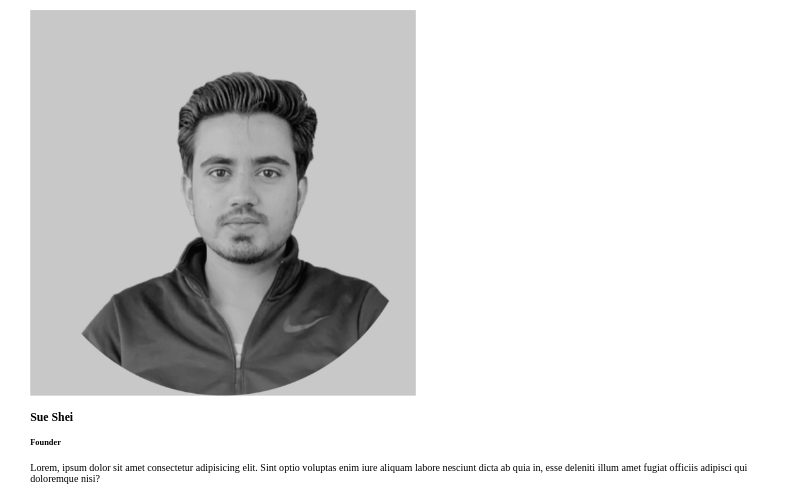
Repository: inzamamahmad3/30-Days-Of-CSS
Page: Day-1/index.html
The author's editor kept a copy of each file at every save. The page is drawn from the files as they stood at one save, then again after the next save.
The browser window is 1280 px wide. The pictures show the whole page, at 63% of full size.
Some icons come from a web library that is not loaded, so they are not drawn.

Above is the page before, as saved 2023-01-03 20:09:56.

After the next save:
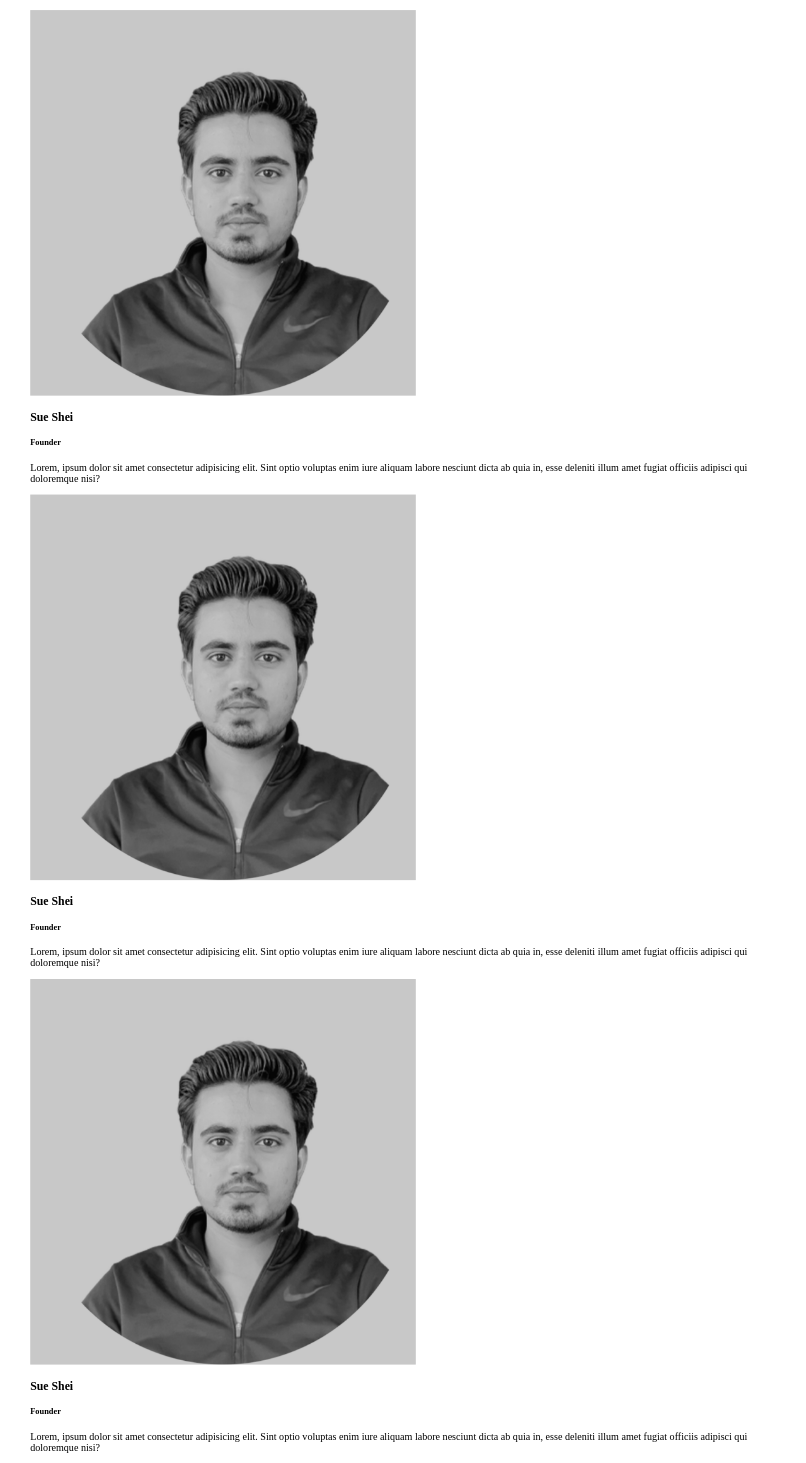
Saved 77 s later.
--- a/Day-1/index.html
+++ b/Day-1/index.html
@@ -27,5 +27,43 @@
         </div>
       </figcaption>
     </figure>
+    <figure class="card">
+      <div class="profile-image">
+        <img src="profile.png" alt="" />
+      </div>
+      <figcaption>
+        <h3>Sue Shei</h3>
+        <h5>Founder</h5>
+        <p>
+          Lorem, ipsum dolor sit amet consectetur adipisicing elit. Sint optio
+          voluptas enim iure aliquam labore nesciunt dicta ab quia in, esse
+          deleniti illum amet fugiat officiis adipisci qui doloremque nisi?
+        </p>
+        <div class="icons">
+          <a href="#"><i class="ion-social-reddit"></i></a>
+          <a href="#"><i class="ion-social-twitter"></i></a>
+          <a href="#"><i class="ion-social-vimeo"></i></a>
+        </div>
+      </figcaption>
+    </figure>
+    <figure class="card">
+      <div class="profile-image">
+        <img src="profile.png" alt="" />
+      </div>
+      <figcaption>
+        <h3>Sue Shei</h3>
+        <h5>Founder</h5>
+        <p>
+          Lorem, ipsum dolor sit amet consectetur adipisicing elit. Sint optio
+          voluptas enim iure aliquam labore nesciunt dicta ab quia in, esse
+          deleniti illum amet fugiat officiis adipisci qui doloremque nisi?
+        </p>
+        <div class="icons">
+          <a href="#"><i class="ion-social-reddit"></i></a>
+          <a href="#"><i class="ion-social-twitter"></i></a>
+          <a href="#"><i class="ion-social-vimeo"></i></a>
+        </div>
+      </figcaption>
+    </figure>
   </body>
 </html>
